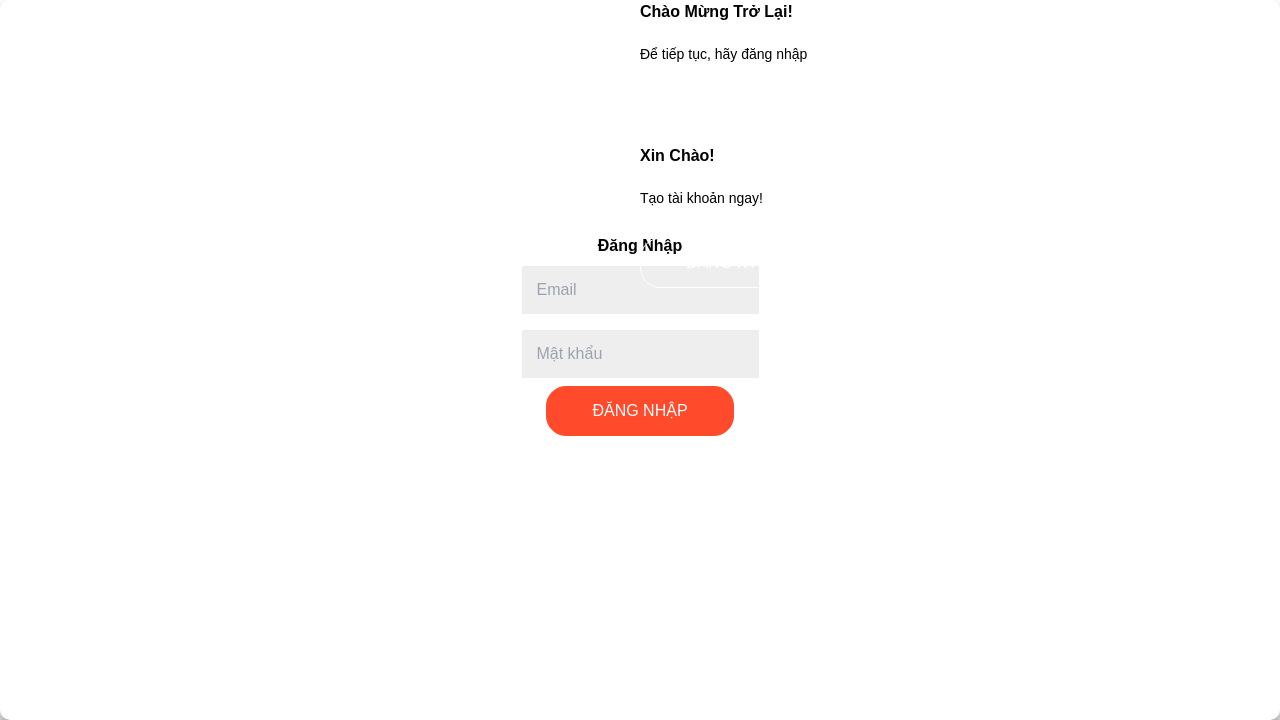
Repository: BlackWolf2002/project_airbn_react
Page: /
The author's editor kept a copy of each file at every save. The page is drawn from the files as they stood at one save, then again after the next save.
The browser window is 1280 px wide. The pictures show the whole page.
The project was rebuilt for these pictures with package versions that can differ from the ones it lists, and the page was loaded fresh each time. Also part of the build but not shown: vite.config.js.

Above is the page before, as saved 2025-02-04 23:37:53.

After the next save:
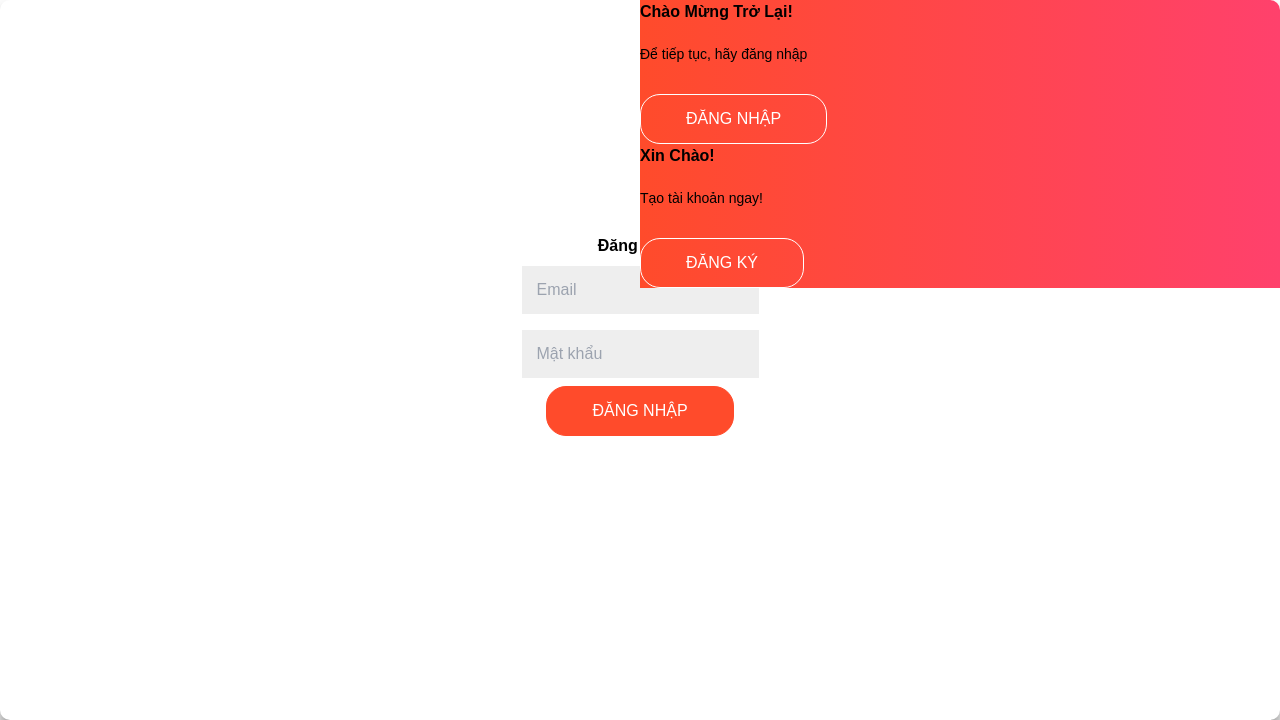
Saved 41 s later.
--- a/src/style/Login.css
+++ b/src/style/Login.css
@@ -71,3 +71,7 @@
 .container-login.right-panel-active .overlay-container {
     transform: translateX(-100%);
 }
+
+.overlay {
+    background: linear-gradient(to right, #ff4b2b, #ff416c);
+}
